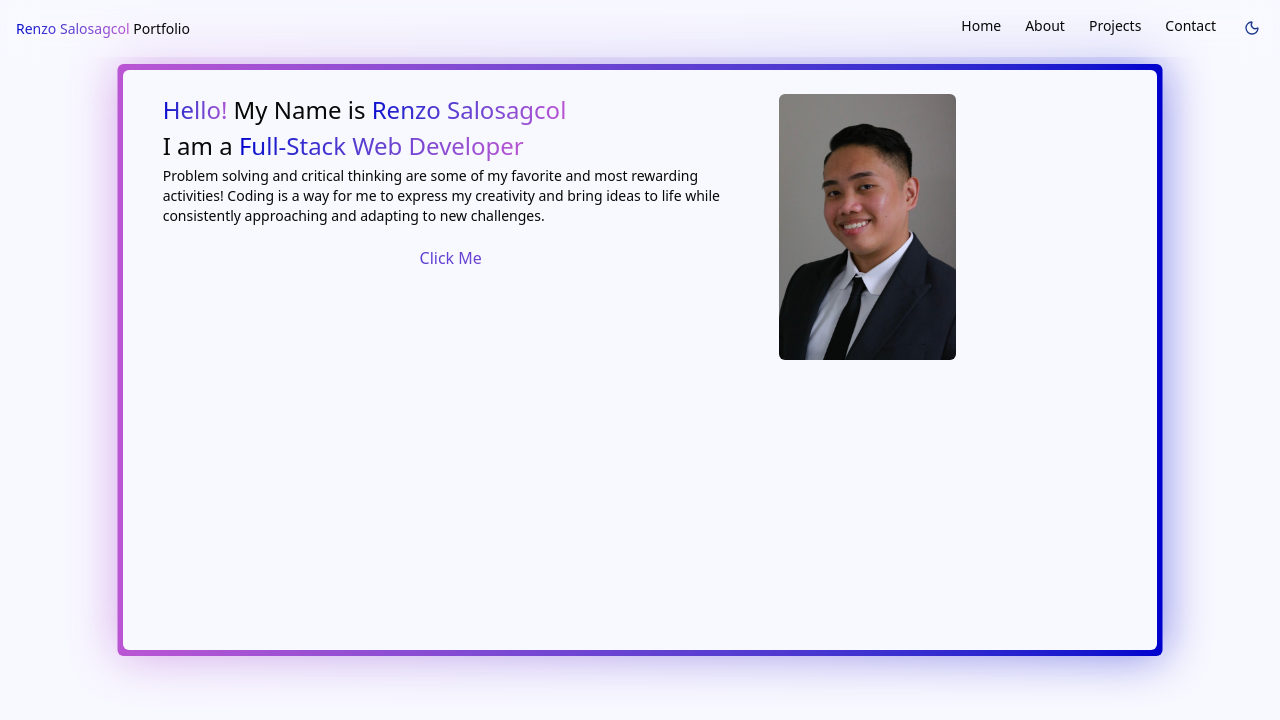
Repository: Renzo-Salosagcol/Updated_Personal_Portfolio
Page: /
The author's editor kept a copy of each file at every save. The page is drawn from the files as they stood at one save, then again after the next save.
The browser window is 1280 px wide. The pictures show the whole page.
The project was rebuilt for these pictures with package versions that can differ from the ones it lists, and the page was loaded fresh each time. Also part of the build but not shown: vite.config.js, src/pages/NotFound.jsx.

Above is the page before, as saved 2025-10-09 20:09:20.

After the next save:
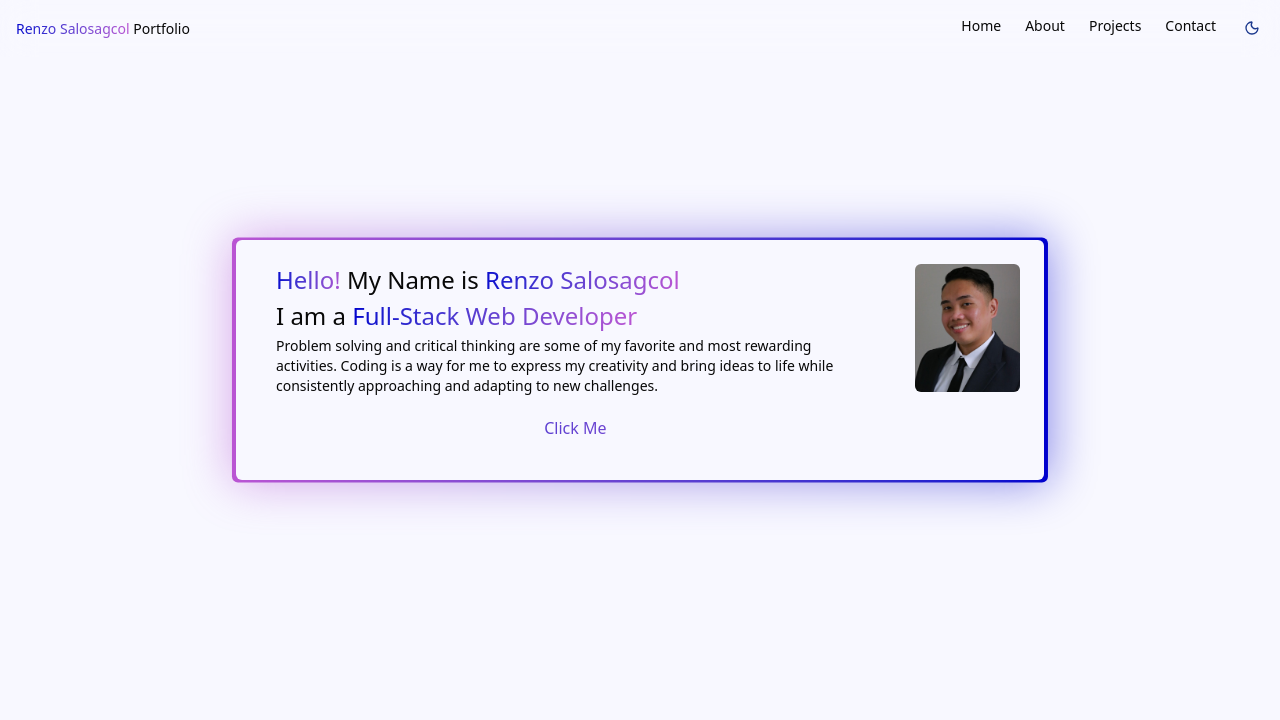
Saved 27 s later.
--- a/src/components/Hero.jsx
+++ b/src/components/Hero.jsx
@@ -12,7 +12,7 @@ export const Hero = () => {
               <span className="gradient-text"> Renzo Salosagcol</span>
             </h1>
             <h1 className="text-lg md:text-xl lg:text-2xl">I am a <span className="gradient-text">Full-Stack Web Developer</span></h1>
-            <h3 className="w-md md:w-lg lg:w-xl text-sm">Problem solving and critical thinking are some of my favorite and most rewarding activities! Coding is a way for me to express my creativity and bring ideas to life while consistently approaching and adapting to new challenges.</h3>
+            <h3 className="w-md md:w-lg lg:w-xl text-sm">Problem solving and critical thinking are some of my favorite and most rewarding activities. Coding is a way for me to express my creativity and bring ideas to life while consistently approaching and adapting to new challenges.</h3>
             <button className="gradient-button">
               Click Me
             </button>
@@ -21,7 +21,7 @@ export const Hero = () => {
             <img
             src="../../headshot.jpeg"
             alt="Headshot Photo"
-            className="rounded-md h-1/2 object-cover"
+            className="rounded-md w-32 h-32 object-cover"
             />
           </div>
       </div>
